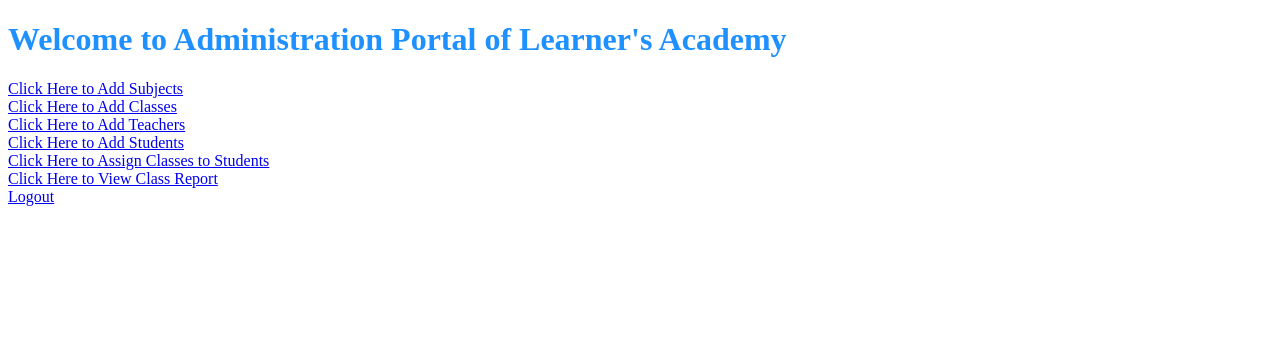
Repository: govardhan71/Learners-Academy-Project-Phase-2
Page: http://localhost/LearnersAcademyPhase-2/learnersacademy.jsp
These files come from the project's save history. The page is drawn as it stood at one moment and after the next save; the edit follows.
The browser window is 1280 px wide. The pictures show the whole page.
The page is served by Tomcat 9.

Above is the page before, as saved 2021-06-02 11:37:35.

After the next save:
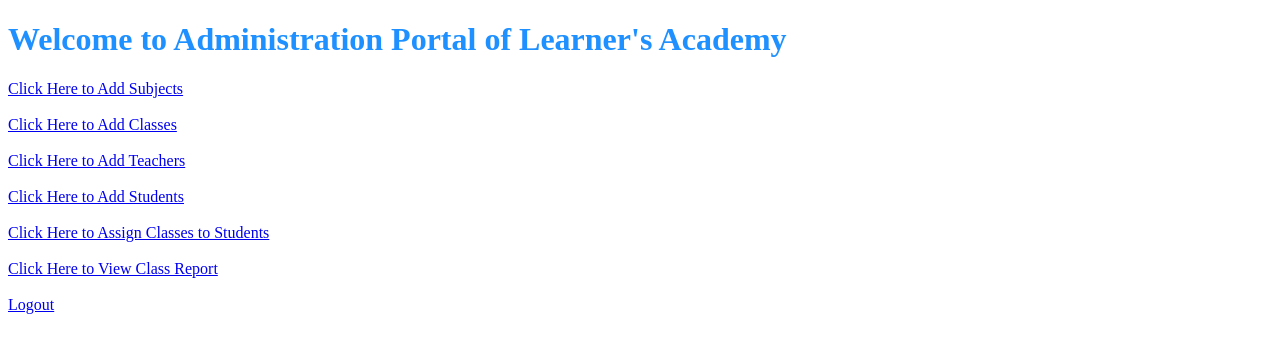
Saved 43 s later.
--- a/LearnersAcademyPhase-2/WebContent/learnersacademy.jsp
+++ b/LearnersAcademyPhase-2/WebContent/learnersacademy.jsp
@@ -10,17 +10,17 @@
 
 <h1 style="color:DodgerBlue;"> Welcome to Administration Portal of Learner's Academy</h1>
 
- <a href=addsubject.jsp>Click Here to Add Subjects</a><br>
+ <a href=addsubject.jsp>Click Here to Add Subjects</a><br><br>
 
- <a href=addclasses.jsp>Click Here to Add Classes</a><br>
+ <a href=addclasses.jsp>Click Here to Add Classes</a><br><br>
 
- <a href=addteachers.jsp>Click Here to Add Teachers</a><br>
+ <a href=addteachers.jsp>Click Here to Add Teachers</a><br><br>
 
- <a href=addstudents.jsp>Click Here to Add Students</a><br>
+ <a href=addstudents.jsp>Click Here to Add Students</a><br><br>
 
-<a href=submitclassreport.jsp>Click Here to Assign Classes to Students</a><br>
+<a href=submitclassreport.jsp>Click Here to Assign Classes to Students</a><br><br>
 
-  <a href=viewreport.jsp>Click Here to View Class Report</a><br>
+  <a href=viewreport.jsp>Click Here to View Class Report</a><br><br>
 
   <a href=logout.jsp>Logout</a><br>
 
